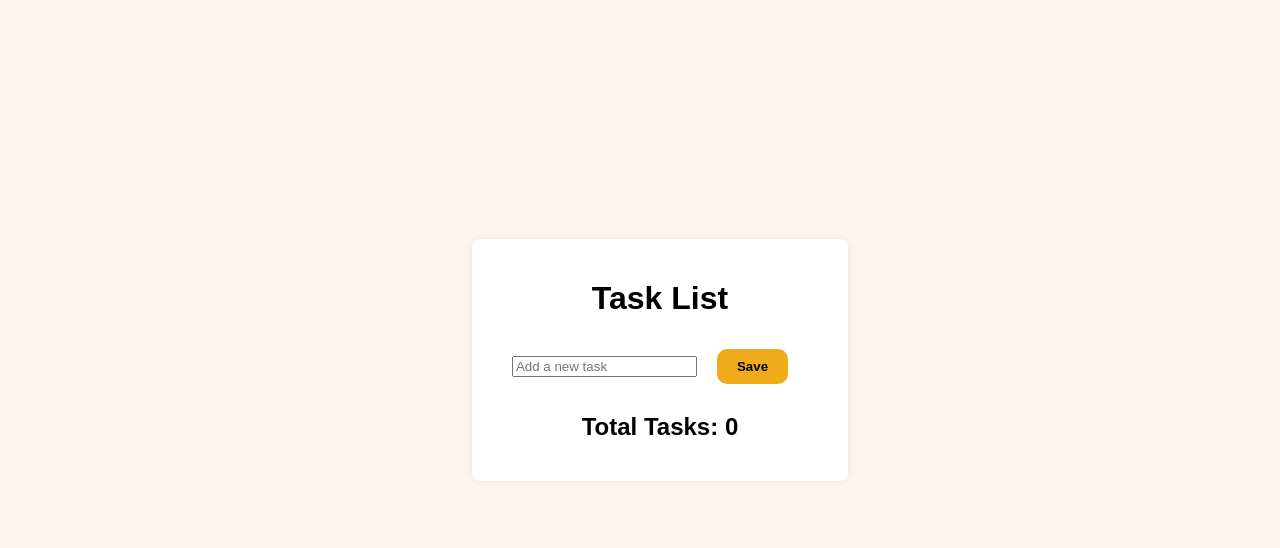
Repository: lpcmendoza/frontend-lab4
Page: /
These files come from the project's save history. The page is drawn as it stood at one moment and after the next save; the edit follows.
The browser window is 1280 px wide. The pictures show the whole page.
The project was rebuilt for these pictures with package versions that can differ from the ones it lists, and the page was loaded fresh each time. Also part of the build but not shown: vite.config.js, src/index.css.

Above is the page before, as saved 2024-10-25 19:15:55.

### src/App.jsx
import React from 'react';
import TaskList from './components/TaskList';
import './App.css'; // Ensure your styles are imported

const App = () => {
    return (
        <div className="container">
            <TaskList />
        </div>
    );
};

export default App;

### src/components/TaskList.jsx
import React, { useState, useEffect } from 'react';

const TaskList = () => {
    const [tasks, setTasks] = useState([]);
    const [inputValue, setInputValue] = useState('');

    // Load tasks from local storage when the component mounts
    useEffect(() => {
        const savedTasks = localStorage.getItem('tasks');
        if (savedTasks) {
            setTasks(JSON.parse(savedTasks));
        }
    }, []);

    // Save tasks to local storage whenever they change
    useEffect(() => {
        localStorage.setItem('tasks', JSON.stringify(tasks));
    }, [tasks]);

    const addTask = () => {
        if (inputValue.trim() !== '') {
            setTasks([...tasks, { text: inputValue, completed: false }]);
            setInputValue(''); // Clear input after adding task
        }
    };

    const toggleTaskCompletion = (index) => {
        const updatedTasks = tasks.map((task, i) =>
            i === index ? { ...task, completed: !task.completed } : task
        );
        setTasks(updatedTasks);
    };

    const removeTask = (index) => {
        const updatedTasks = tasks.filter((_, i) => i !== index);
        setTasks(updatedTasks);
    };

    return (
        <div>
            <h1>Task List</h1>
            <input
                type="text"
                value={inputValue}
                onChange={(e) => setInputValue(e.target.value)}
                placeholder="Add a new task"
            />
            <button onClick={addTask}>Save</button>

            <h2>Total Tasks: {tasks.length}</h2> {/* Display task count here */}

            <ul style={{ listStyleType: 'none', padding: 0 }}>
                {tasks.map((task, index) => (
                    <li key={index} style={{ display: 'flex', alignItems: 'center' }}>
                        <input
                            type="checkbox"
                            checked={task.completed}
                            onChange={() => toggleTaskCompletion(index)}
                            style={{ marginRight: '10px' }}
                        />
                        <span
                            style={{
                                textDecoration: task.completed ? 'line-through' : 'none',
                                flexGrow: 1, // Make the span take up available space
                            }}
                        >
                            {task.text}
                        </span>
                        <button onClick={() => removeTask(index)}>Remove</button>
                    </li>
                ))}
            </ul>
        </div>
    );
};

export default TaskList;

### src/App.css
/* App.css */

body {
  font-family: Arial, sans-serif;
  margin: 0; /* Remove default margin */
  height: 100vh; /* Make body full height */
  display: flex; /* Use flexbox */
  justify-content: center; /* Center horizontally */
  align-items: center; /* Center vertically */
  background-color: #FEF8EF;
}

.container {
  text-align: center; /* Center text inside the container */
  width: 100%; /* Full width for the container */
  max-width: 400px; /* Set a maximum width for the task list */
  padding: 20px; /* Add some padding */
  box-shadow: 0 0 10px rgba(0, 0, 0, 0.1); /* Optional: Add some shadow for aesthetics */
  border-radius: 8px; /* Optional: Rounded corners */
  background-color: #fff; /* Optional: White background for better contrast */
}

ul {
  list-style-type: none; /* Remove bullet points */
  padding: 0; /* Remove padding */
  margin: 0; /* Remove margin */
  text-align: left;
}

li {
  display: flex; /* Use flexbox to align items */
  align-items: left; /* Center vertically */
  margin: 20px 0; /* Space between tasks */
  gap: 10px;
}

button {
  margin: 10px 20px;
  padding: 10px 20px;
  background-color: #F0AB1A;
  color: black;
  border: none;
  border-radius: 10px;
  cursor: pointer;
  font-weight: bold;
}

Loaded but not shown: index.html (common file); src/main.jsx (common file)

After the next save:
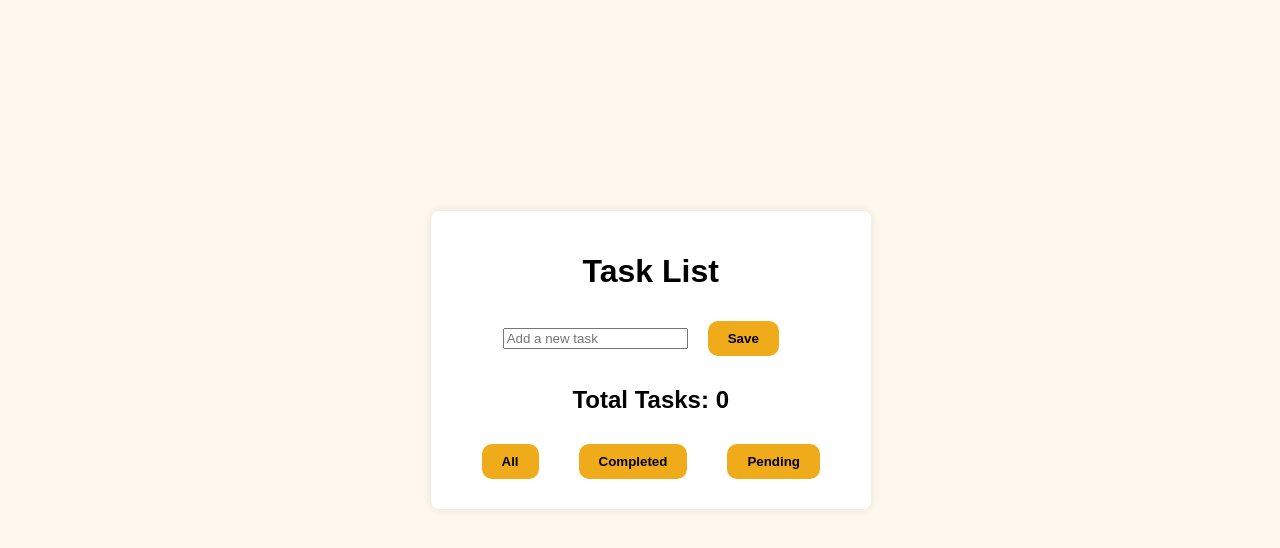
Saved 4 h 33 min later.
--- a/src/components/TaskList.jsx
+++ b/src/components/TaskList.jsx
@@ -3,6 +3,7 @@ import React, { useState, useEffect } from 'react';
 const TaskList = () => {
     const [tasks, setTasks] = useState([]);
     const [inputValue, setInputValue] = useState('');
+    const [filter, setFilter] = useState('all'); // State for filter
 
     // Load tasks from local storage when the component mounts
     useEffect(() => {
@@ -36,6 +37,13 @@ const TaskList = () => {
         setTasks(updatedTasks);
     };
 
+    // Filter tasks based on the selected filter
+    const filteredTasks = tasks.filter(task => {
+        if (filter === 'completed') return task.completed;
+        if (filter === 'pending') return !task.completed;
+        return true; // 'all' case
+    });
+
     return (
         <div>
             <h1>Task List</h1>
@@ -49,13 +57,20 @@ const TaskList = () => {
 
             <h2>Total Tasks: {tasks.length}</h2> {/* Display task count here */}
 
+            <div>
+                <button onClick={() => setFilter('all')}>All</button>
+                <button onClick={() => setFilter('completed')}>Completed</button>
+                <button onClick={() => setFilter('pending')}>Pending</button>
+            </div>
+
             <ul style={{ listStyleType: 'none', padding: 0 }}>
-                {tasks.map((task, index) => (
+                {filteredTasks.map((task, index) => (
                     <li key={index} style={{ display: 'flex', alignItems: 'center' }}>
                         <input
                             type="checkbox"
                             checked={task.completed}
                             onChange={() => toggleTaskCompletion(index)}
+                            disabled={task.completed} // Disable checkbox if completed
                             style={{ marginRight: '10px' }}
                         />
                         <span
